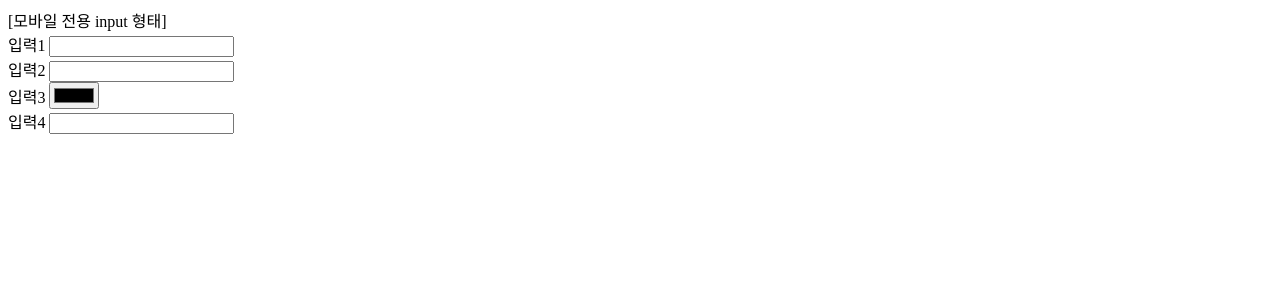
Repository: mnemion/BackendClass
Page: web/src/main/webapp/m/index.html
These files come from the project's save history. The page is drawn as it stood at one moment and after the next save; the edit follows.
The browser window is 1280 px wide. The pictures show the whole page.

Above is the page before, as saved 2023-08-31 05:46:20.

### web/src/main/webapp/m/index.html
<!DOCTYPE html>
<html lang="ko">
<head>
<meta charset="UTF-8">
<meta name="viewport" content="width=device-width, initial-scale=1.0">
<title>모바일 전용 웹페이지</title>
</head>
<body>
[모바일 전용 input 형태]<br>
입력1 <input type="text"><br>		<!-- 일반 입력 (P, M) -->
입력2 <input type="number"><br>	<!-- 숫자만 입력 (M) -->
입력3 <input type="color"><br>	<!-- 색상선택 (P, M) -->
입력4 <input type="tel"><br>		<!-- 전화번호 입력 (M) -->
</body>
</html>

After the next save:
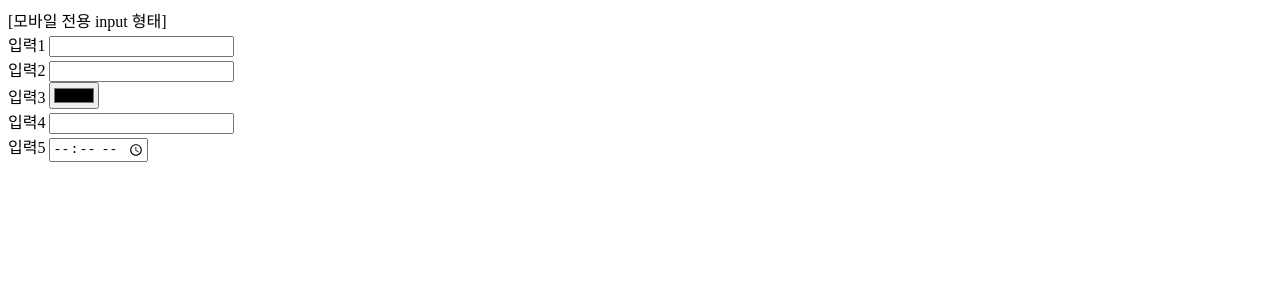
Saved 31 s later.
--- a/web/src/main/webapp/m/index.html
+++ b/web/src/main/webapp/m/index.html
@@ -10,6 +10,7 @@
 입력1 <input type="text"><br>		<!-- 일반 입력 (P, M) -->
 입력2 <input type="number"><br>	<!-- 숫자만 입력 (M) -->
 입력3 <input type="color"><br>	<!-- 색상선택 (P, M) -->
-입력4 <input type="tel"><br>		<!-- 전화번호 입력 (M) -->
+입력4 <input type="tel"><br>		<!-- 전화번호 (M) -->
+입력5 <input type="time"><br>
 </body>
 </html>
